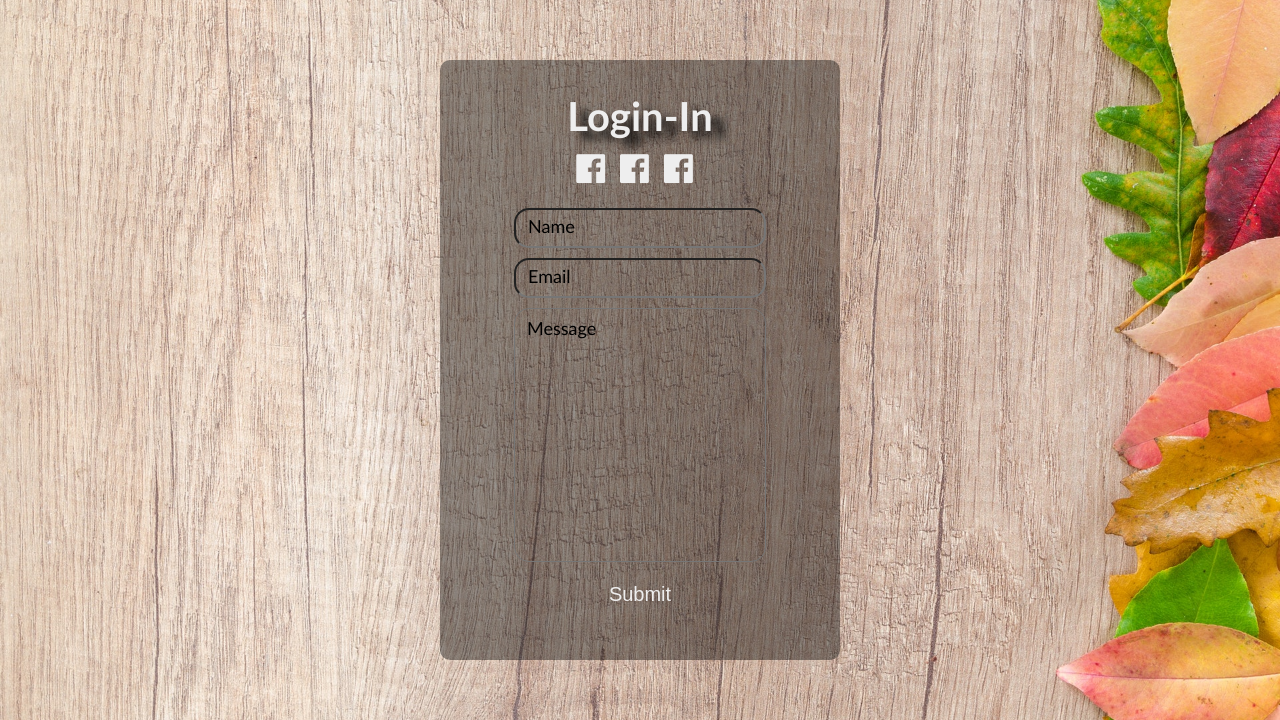
Repository: imedakrouti/BookStore
Page: ex.html
An editor plug-in stored every save of this project. The page is shown before and after the next save, followed by the edit.
The browser window is 1280 px wide. The pictures show the whole page.
Some web libraries are served in a nearby version.

Above is the page before, as saved 2020-05-08 15:55:46.

After the next save:
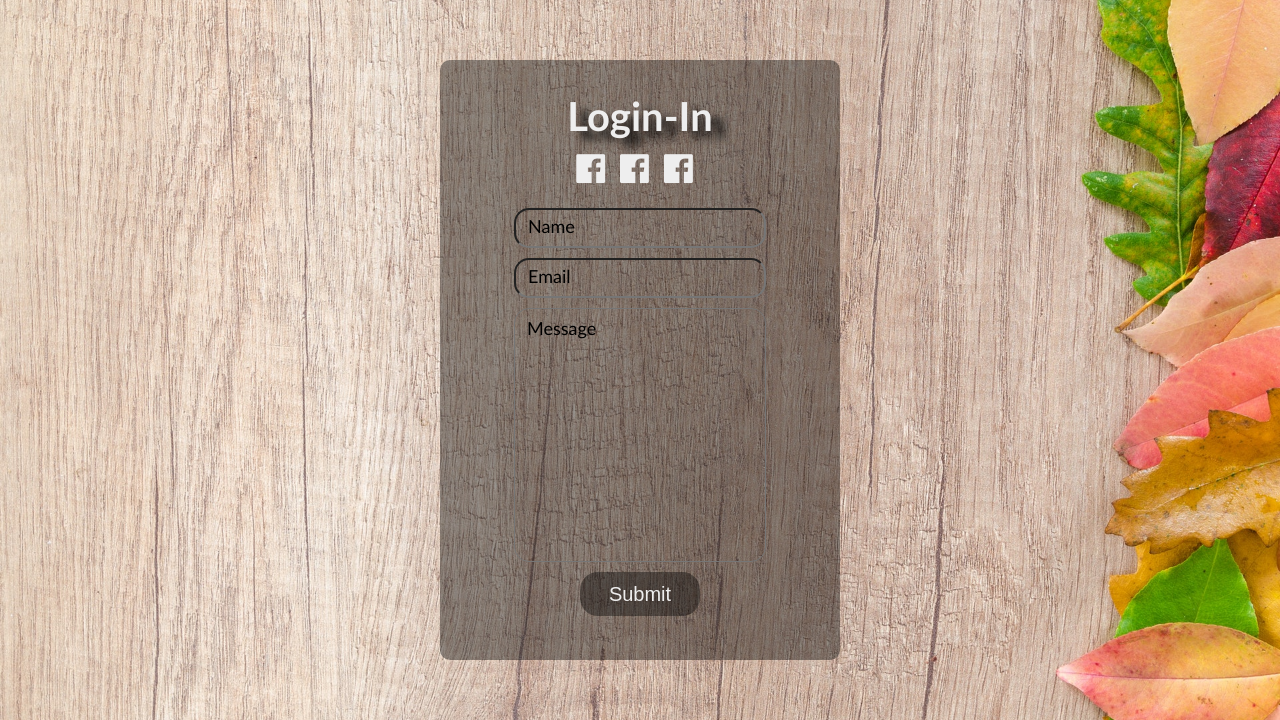
Saved 12 s later.
--- a/ex.html
+++ b/ex.html
@@ -82,7 +82,7 @@
         font-size: 1.25rem;
         color:#eee;
         line-height: 1.5;
-        background:transparent;
+        background:rgba(0,0,0,.4);
         border-radius:18px;
 
     }
